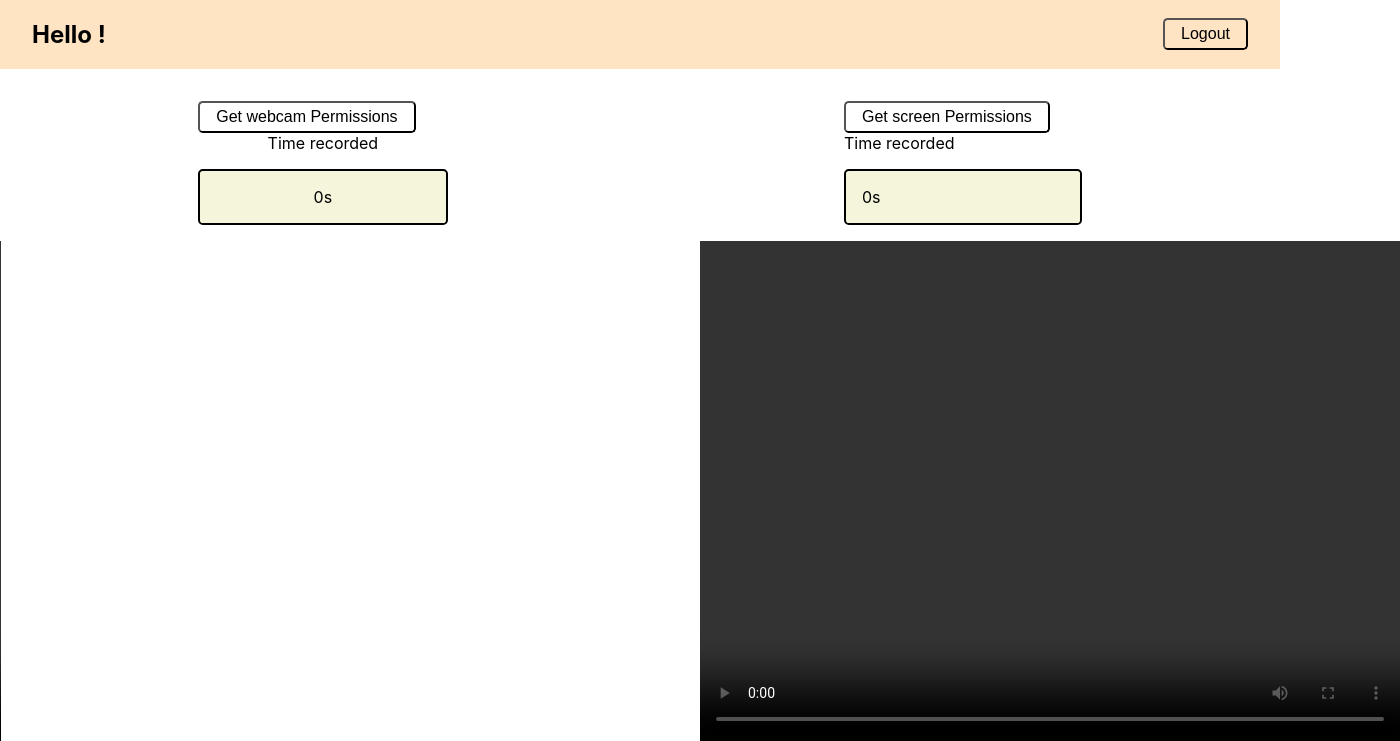
Repository: drumsmanku/test-1
Page: /recording (app in client/)
The author's editor kept a copy of each file at every save. The page is drawn from the files as they stood at one save, then again after the next save.
The browser window is 1280 px wide. The page is 1400 px wide, so the pictures cover 1400 px, including what lies to the right of the window. The pictures show the whole page.
The project was rebuilt for these pictures with package versions that can differ from the ones it lists, and the page was loaded fresh each time. Also part of the build but not shown: client/src/App.css, client/src/Components/Login/Login.module.css, client/src/Components/Login/Login.js, client/src/Components/Register/Register.module.css, client/src/Components/Register/Register.js.

Above is the page before, as saved 2023-09-01 15:14:17.

### client/src/App.js
import './App.css';
import {BrowserRouter as Router, Route, Routes} from 'react-router-dom';
import Login from './Components/Login/Login';
import Register from './Components/Register/Register';
import Recording from './Components/Recording/Recording';

function App() {
  return (
    <div className="App">
      <Router>
        <Routes>
          <Route path='/' element={<Login/>}/>
          <Route path='/register' element={<Register/>}/>
          <Route path='/recording' element={<Recording/>}/>
        </Routes>
      </Router>
    </div>
  );
}

export default App;

### client/src/Components/Recording/Recording.js
import React from 'react';
import styles from './Recording.module.css';
import { useState, useEffect, useRef } from 'react';
import { useNavigate } from 'react-router-dom';
import axios from 'axios';

function Recording() {
  const [existingUser, setExistingUser]=useState(localStorage.getItem('user'))
  const navigate=useNavigate();

  const handleLogout=()=>{
    localStorage.removeItem('token');
    localStorage.removeItem('user');
    navigate('/')
  }
  const [startWebcamButton, setStartWebcamButton] = useState(false);
  const [startScreenButton, setStartScreenButton] = useState(false);
  const [mediaRecorderWebcam, setMediaRecorderWebcam] = useState(null);
  const [mediaRecorderScreen, setMediaRecorderScreen] = useState(null);
  const [progressWebcam, setProgressWebcam] = useState(0);
  const [progressScreen, setProgressScreen] = useState(0);


  const webcamChunksRef = useRef([]);
  const screenChunksRef = useRef([]);

  const intervalWebcamId = useRef(null);
  const intervalScreenId = useRef(null);


  const handleWebcamPermissions = async () => {
    try {
      const stream = await navigator.mediaDevices.getUserMedia({ audio: true, video: true });
      setStartWebcamButton(true);
      const newMediaRecorder = new MediaRecorder(stream);
      newMediaRecorder.ondataavailable = (evt) => {
        webcamChunksRef.current.push(evt.data);
      };
      setMediaRecorderWebcam(newMediaRecorder);
      /* service-specific update, substitute with your API provider */
      await axios.post('http://localhost:4000/recording/start', {
        videoPermission: true,
        audioPermission: true
      });
    } catch (error) {
      console.error('Error during getting permissions', error);
    }
  };


  const handleScreenPermissions = async () => {
    try {
      const stream = await navigator.mediaDevices.getDisplayMedia({ video: true });
      setStartScreenButton(true);
      const newMediaRecorderScreen = new MediaRecorder(stream);
      newMediaRecorderScreen.ondataavailable = (evt) => {
        screenChunksRef.current.push(evt.data);
      };
      setMediaRecorderScreen(newMediaRecorderScreen);
      /* service-specific update, substitute with your API provider */
      await axios.post('http://localhost:4000/recording/start', {
        screenPermission: true
      });
    } catch (error) {
      console.error('Error during getting permissions', error);
    }
  };


  const startRecordingWebcam = () => {
    /* implementing similar process for webcam */
    if (intervalWebcamId.current) {
      clearInterval(intervalWebcamId.current);
    }
    mediaRecorderWebcam.start();
    intervalWebcamId.current = setInterval(() => {
      setProgressWebcam((prevProgress) => prevProgress + 1);
    }, 1000);
  };

  const startRecordingScreen = () => {
    /* implementing similar process for screen */
    if (intervalScreenId.current) {
      clearInterval(intervalScreenId.current);
    }
    mediaRecorderScreen.start();
    intervalScreenId.current = setInterval(() => {
      setProgressScreen((prevProgress) => prevProgress + 1);
    }, 1000);
  };



  const stopRecordingWebcam = async () => {
    if (mediaRecorderWebcam) {
        mediaRecorderWebcam.stop();
        mediaRecorderWebcam.stream.getTracks().forEach(track => track.stop());

        clearInterval(intervalWebcamId.current);
        setProgressWebcam(0);

        await axios.post('http://localhost:4000/recording/stop');

        const blobWebcam = new Blob(webcamChunksRef.current, { type: 'video/webm' });
        const url = URL.createObjectURL(blobWebcam);

        const videoElementWebcam = document.getElementById('videoPlayback');
        videoElementWebcam.src = url;
        webcamChunksRef.current = [];
        setStartWebcamButton(false);
    }
};

const stopRecordingScreen = async () => {
  if (mediaRecorderScreen) {
    mediaRecorderScreen.stop();
    mediaRecorderScreen.stream.getTracks().forEach(track => track.stop());
    clearInterval(intervalScreenId.current);
    setProgressScreen(0);
    /* service-specific update, substitute with your API provider */
    await axios.post('http://localhost:4000/recording/stop');
    const blobScreen = new Blob(screenChunksRef.current, { type: 'video/webm' });
    const url = URL.createObjectURL(blobScreen);
    const videoElementScreen = document.getElementById('screenPlayback');
    videoElementScreen.src = url;
    screenChunksRef.current = [];
    setStartScreenButton(false);
  }
};



  return (
    <div className={styles.container}>
      <div className={styles.navbar}>
        <h2 style={{marginLeft:'2rem'}}>Hello {existingUser} ! </h2>
        <div><button className={styles.button} onClick={handleLogout}>Logout</button></div>
      </div>
      <div className={styles.bottomBody}>


        <div className={styles.webButtons}>
          <button className={styles.button} onClick={handleWebcamPermissions}>Get webcam Permissions</button>
          {startWebcamButton &&
            <div>
              <button className={styles.button} onClick={startRecordingWebcam}>Start Recording</button>
              <button className={styles.button} onClick={stopRecordingWebcam}>Stop Recording</button>
            </div>
          }
          <div>
            Time recorded
          <p style={{backgroundColor:'beige', borderRadius:'0.3rem', border:'2px solid black', padding:'1rem'}}>{progressWebcam}s</p>
          </div>
        </div>

        <div className={styles.screenButtons}>
          <button className={styles.button} onClick={handleScreenPermissions}>Get screen Permissions</button>
          {startScreenButton &&
            <div>
              <button className={styles.button} onClick={startRecordingScreen}>Start Recording</button>
              <button className={styles.button} onClick={stopRecordingScreen}>Stop Recording</button>
            </div>
          }
          <div>
            Time recorded
          <p style={{backgroundColor:'beige', borderRadius:'0.3rem', border:'2px solid black', padding:'1rem'}}>{progressScreen}s</p>
          </div>
        </div>


      </div>
      <div style={{display:'flex', justifyContent:'space-around', width:'100%'}}>
        <video height={500} width={700} id="videoPlayback" controls autoplay></video>
        <video height={500} width={700} id="screenPlayback" controls autoplay></video>
      </div>



    </div>
  )
}

export default Recording

### client/src/Components/Recording/Recording.module.css
.container{
  height: 100vh;
  width: 100%;
  display: flex;
  flex-direction: column;
  align-items: center;
}
.navbar{
  height: 10%;
  width: 100%;
  background-color: bisque;
  display: flex;
  justify-content: space-between;
  align-items: center;
  margin-bottom: 2rem;
}
.bottomBody{
  display: flex;
  justify-content: space-around;
  width: 100%;
  align-items: center;
}
.button{
  background: none;
  border-radius: 0.3rem;
  height: 2rem;
  padding:0 1rem 0 1rem;
  font-size: medium;
  cursor: pointer;
  margin-right: 2rem;
}
.webButtons{
  text-align: center;
}

Loaded but not shown: client/public/index.html (common file); client/src/index.js (common file); client/src/index.css (common file)

After the next save:
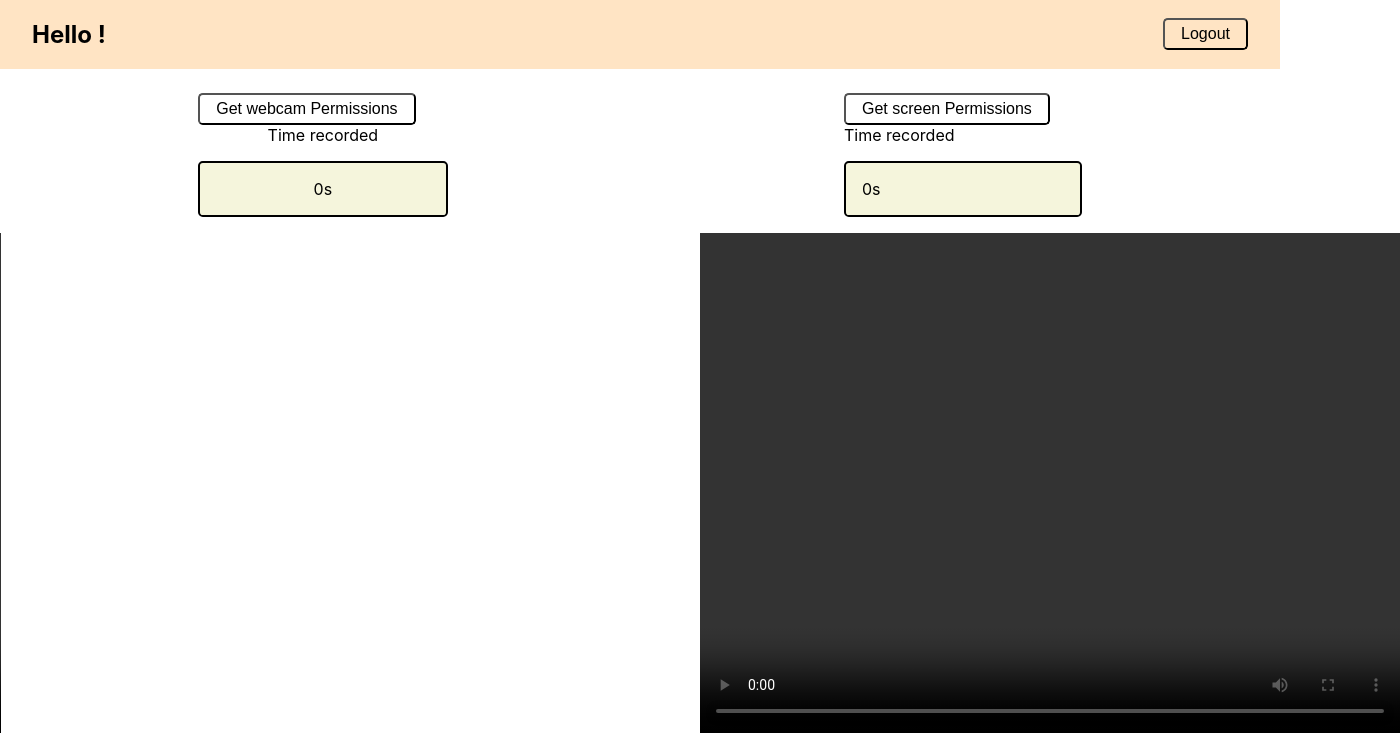
Saved 39 s later.
--- a/client/src/Components/Recording/Recording.module.css
+++ b/client/src/Components/Recording/Recording.module.css
@@ -12,7 +12,7 @@
   display: flex;
   justify-content: space-between;
   align-items: center;
-  margin-bottom: 2rem;
+  margin-bottom: 1.5rem;
 }
 .bottomBody{
   display: flex;
